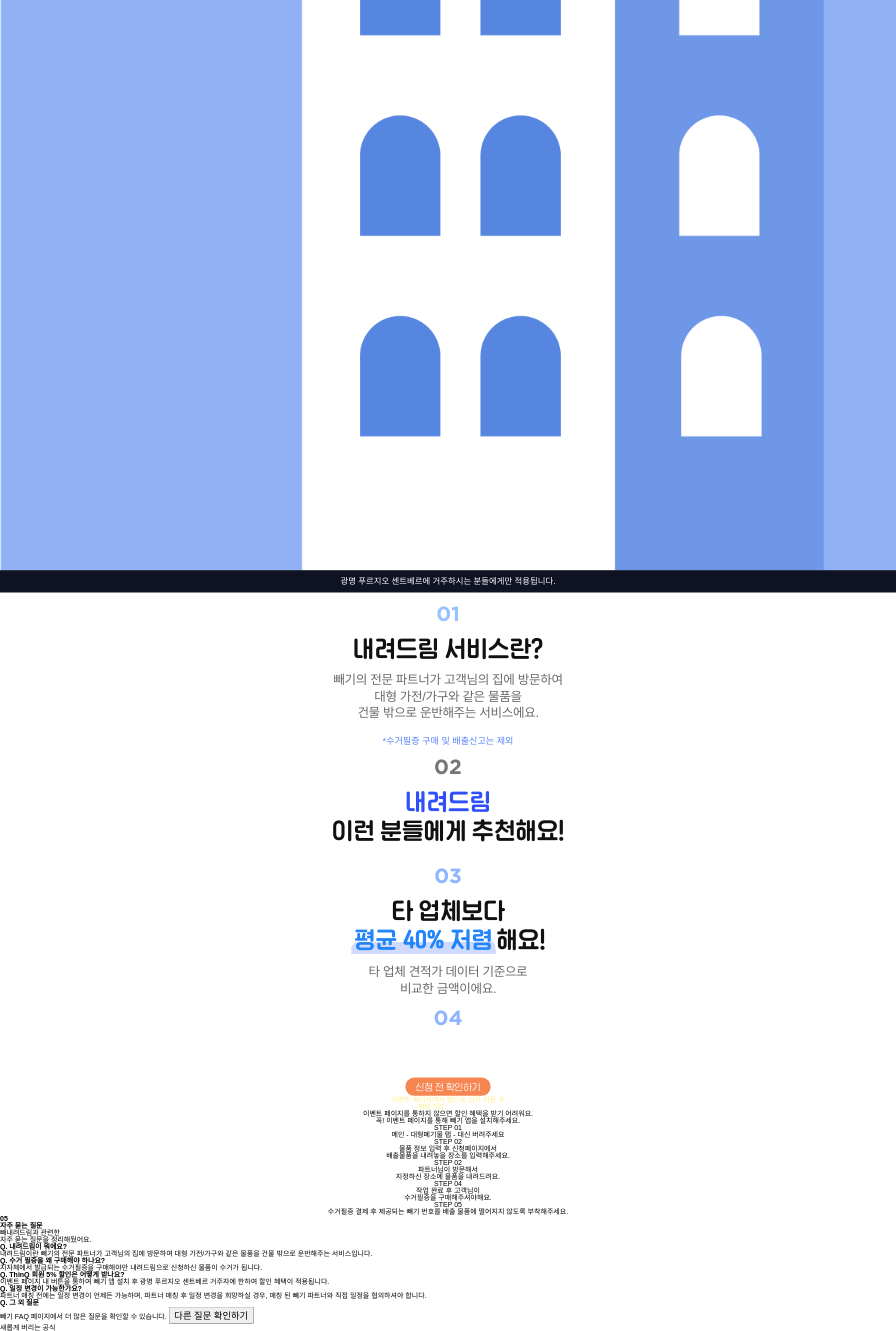
Repository: seraLeeDev/lgthinq-test
Page: index2.html
These files come from the project's save history. The page is drawn as it stood at one moment and after the next save; the edit follows.
The browser window is 1280 px wide. The pictures show the part of the page from y = 2628 to 4548 px (the page is 4530 px tall before and 4548 px after), at 70% of full size.
Some web fonts or font styles are not loaded; a fallback is used.

Above is the page before, as saved 2023-03-14 15:24:47.
Console error: ReferenceError: AOS is not defined

### index2.html
<!DOCTYPE html>
<html lang="ko">
  <head>
    <meta charset="UTF-8" />
    <meta http-equiv="X-UA-Compatible" content="IE=edge" />
    <meta name="viewport" content="width=device-width, initial-scale=1.0" />
    <title>빼기 | 새롭게 버리는 공식</title>
    <link as="style" rel="stylesheet" href="/css/reset.css" />
    <link as="style" rel="stylesheet" href="/css/font.css" />
    <link as="style" rel="stylesheet" href="/css/style.css" />
    <link href="https://unpkg.com/aos@2.3.1/dist/aos.css" rel="stylesheet" />
    <link
      rel="stylesheet"
      href="https://cdn.jsdelivr.net/gh/orioncactus/pretendard@v1.3.5/dist/web/static/pretendard-dynamic-subset.css"
    />
    <link
      rel="apple-touch-icon"
      sizes="57x57"
      href="/icons/apple-icon-57x57.png"
    />
    <link
      rel="apple-touch-icon"
      sizes="60x60"
      href="/icons/apple-icon-60x60.png"
    />
    <link
      rel="apple-touch-icon"
      sizes="72x72"
      href="/icons/apple-icon-72x72.png"
    />
    <link
      rel="apple-touch-icon"
      sizes="76x76"
      href="/icons/apple-icon-76x76.png"
    />
    <link
      rel="apple-touch-icon"
      sizes="114x114"
      href="/icons/apple-icon-114x114.png"
    />
    <link
      rel="apple-touch-icon"
      sizes="120x120"
      href="/icons/apple-icon-120x120.png"
    />
    <link
      rel="apple-touch-icon"
      sizes="144x144"
      href="/icons/apple-icon-144x144.png"
    />
    <link
      rel="apple-touch-icon"
      sizes="152x152"
      href="/icons/apple-icon-152x152.png"
    />
    <link
      rel="apple-touch-icon"
      sizes="180x180"
      href="/icons/apple-icon-180x180.png"
    />
    <link
      rel="icon"
      type="image/png"
      sizes="192x192"
      href="/icons/android-icon-192x192.png"
    />
    <link
      rel="icon"
      type="image/png"
      sizes="32x32"
      href="/icons/favicon-32x32.png"
    />
    <link
      rel="icon"
      type="image/png"
      sizes="96x96"
      href="/icons/favicon-96x96.png"
    />
    <link
      rel="icon"
      type="image/png"
      sizes="16x16"
      href="/icons/favicon-16x16.png"
    />
    <script type="text/javascript" src="/js/index.js"></script>
    <script src="https://unpkg.com/aos@2.3.1/dist/aos.js"></script>
  </head>
  <body>
    <div class="wrapper">
      <!-- 메인 -->
      <article class="article-box">
        <div class="full-img-box">
          <img src="./img/[LG ThinQ] main img.gif" alt="내려드림,할인드림" />
        </div>
        <div class="main-notice">
          <p>광명 푸르지오 센트베르에 거주하시는 분들에게만 적용됩니다.</p>
        </div>
      </article>
      <!-- ThinQ & 빼기 설명 -->
      <article></article>
      <!-- 내려드림 소개 -->
      <article>
        <!-- 01. 내려드림 서비스란? -->
        <section>
          <div class="box-content sec1">
            <b class="index text-blue-04-variation">01</b>
            <h2 class="GGothic h2">내려드림 서비스란?</h2>
            <p class="section-desc">
              빼기의 전문 파트너가 고객님의 집에 방문하여<br />
              대형 가전/가구와 같은 물품을<br />
              건물 밖으로 운반해주는 서비스에요.
            </p>
            <small class="section-caption text-blue-03"
              >*수거필증 구매 및 배출신고는 제외</small
            >
          </div>
          <div></div>
        </section>
        <!-- 02. 내려드림 추천 -->
        <section>
          <div class="box-content">
            <b class="index text-gray76">02</b>
            <h2 class="GGothic h2">
              <span class="text-blue-02">내려드림</span><br />
              이런 분들에게 추천해요!
            </h2>
          </div>

          <div></div>
          <div></div>
          <div></div>
        </section>
        <!-- 03. 가격 설명 -->
        <section>
          <div class="box-content">
            <b class="index text-blue-04">03</b>
            <h2 class="GGothic h2">
              타 업체보다 <br /><span class="text-blue-etc text-highlight"
                >평균 40% 저렴</span
              >해요!
            </h2>
            <p class="section-desc">
              타 업체 견적가 데이터 기준으로<br />
              비교한 금액이에요.
            </p>
          </div>
          <div></div>
          <div></div>
        </section>
        <!-- 04. 내려드림 신청 방법 -->
        <section>
          <div class="box-content">
            <b class="index text-blue-04">04</b>
            <h2 class="GGothic h2 text-white">내려드림 신청 방법</h2>

            <div>
              <span class="box-chip GGothic text-white bg-orange02"
                >신청 전 확인하기</span
              >
              <p class="text-white">
                <span class="text-yellow"
                  >이벤트 페이지에서 앱으로 설치·이동 후 <br />회원가입</span
                >을 해주세요
              </p>
            </div>
            <div>
              <small
                >이벤트 페이지를 통하지 않으면 할인 혜택을 받기 어려워요.<br />
                꼭! 이벤트 페이지를 통해 빼기 앱을 설치해주세요.</small
              >
            </div>
            <div>
              <span>STEP 01</span>
              <p>메인 - 대형폐기물 탭 - 대신 버려주세요</p>
            </div>

            <div>
              <span>STEP 02</span>
              <p>
                물품 정보 입력 후 신청페이지에서<br />
                배출물품을 내려놓을 장소를 입력해주세요.
              </p>
            </div>
            <div>
              <span>STEP 02</span>
              <p>
                파트너님이 방문해서<br />
                지정하신 장소에 물품을 내려드려요.
              </p>
            </div>
            <div>
              <span>STEP 04</span>
              <p>
                작업 완료 후 고객님이<br />
                수거필증을 구매해주셔야해요.
              </p>
            </div>
            <div>
              <span>STEP 05</span>
              <p>
                수거필증 결제 후 제공되는 빼기 번호를 배출 물품에 떨어지지
                않도록 부착해주세요.
              </p>
            </div>
          </div>
        </section>
      </article>
      <!-- 05 : 자주묻는 질문-->
      <article>
        <section>
          <b>05</b>
          <h2>자주 묻는 질문</h2>
          <p>
            빼내려드림과 관련한<br />
            자주 묻는 질문을 정리해뒀어요.
          </p>

          <ul>
            <li>
              <div>
                <h5>Q. 내려드림이 뭐에요?</h5>
                <i></i>
                <div>
                  내려드림이란 빼기의 전문 파트너가 고객님의 집에 방문하여 대형
                  가전/가구와 같은 물품을 건물 밖으로 운반해주는 서비스입니다.
                </div>
              </div>
            </li>
            <li>
              <div>
                <h5>Q. 수거 필증을 왜 구매해야 하나요?</h5>
                <i></i>
                <div>
                  지자체에서 발급되는 수거필증을 구매해야만 내려드림으로
                  신청하신 물품이 수거가 됩니다.
                </div>
              </div>
            </li>
            <li>
              <div>
                <h5>Q. ThinQ 회원 5% 할인은 어떻게 받나요?</h5>
                <i></i>
                <div>
                  이벤트 페이지 내 버튼을 통하여 빼기 앱 설치 후 광명 푸르지오
                  센트베르 거주자에 한하여 할인 혜택이 적용됩니다.
                </div>
              </div>
            </li>
            <li>
              <div>
                <h5>Q. 일정 변경이 가능한가요?</h5>
                <i></i>
                <div>
                  파트너 매칭 전에는 일정 변경이 언제든 가능하며, 파트너 매칭 후
                  일정 변경을 희망하실 경우, 매칭 된 빼기 파트너와 직접 일정을
                  협의하셔야 합니다.
                </div>
              </div>
            </li>
            <li>
              <div>
                <h5>Q. 그 외 질문</h5>
                <i></i>
                <div>
                  빼기 FAQ 페이지에서 더 많은 질문을 확인할 수 있습니다.
                  <button>다른 질문 확인하기</button>
                </div>
              </div>
            </li>
          </ul>
        </section>
        <footer>
          <p>새롭게 버리는 공식</p>
        </footer>
      </article>
      <!-- 플로팅 버튼 -->
      <div class="btn-float"></div>
    </div>
  </body>
</html>

### css/font.css
@charset "UTF-8";

@font-face {
  font-family: "Pretendard";
  src: url("https://cdn.jsdelivr.net/gh/orioncactus/pretendard@v1.3.5/dist/web/static/pretendard-dynamic-subset.css");
}

@font-face {
  font-family: "HGSoftGGothicssi";
  font-style: normal;
  font-weight: 100;
  src: url(/font/HGSoftGGothicssi-00g.woff2) format("woff2"),
    url(/font/HGSoftGGothicssi-00g.woff) format("woff"),
    url(/font/HGSoftGGothicssi-00g.otf) format("opentype");
}

@font-face {
  font-family: "HGSoftGGothicssi";
  font-style: normal;
  font-weight: 200;
  src: url(/font/HGSoftGGothicssi-20g.woff2) format("woff2"),
    url(/font/HGSoftGGothicssi-20g.woff) format("woff"),
    url(/font/HGSoftGGothicssi-20g.otf) format("opentype");
}

@font-face {
  font-family: "HGSoftGGothicssi";
  font-style: normal;
  font-weight: 400;
  src: url(/font/HGSoftGGothicssi-40g.woff2) format("woff2"),
    url(/font/HGSoftGGothicssi-40g.woff) format("woff"),
    url(/font/HGSoftGGothicssi-40g.otf) format("opentype");
}

@font-face {
  font-family: "HGSoftGGothicssi";
  font-style: normal;
  font-weight: 600;
  src: url(/font/HGSoftGGothicssi-60g.woff2) format("woff2"),
    url(/font/HGSoftGGothicssi-60g.woff) format("woff"),
    url(/font/HGSoftGGothicssi-60g.otf) format("opentype");
}

@font-face {
  font-family: "HGSoftGGothicssi";
  font-style: normal;
  font-weight: 800;
  src: url(/font/HGSoftGGothicssi-80g.woff2) format("woff2"),
    url(/font/HGSoftGGothicssi-80g.woff) format("woff"),
    url(/font/HGSoftGGothicssi-80g.otf) format("opentype");
}

@font-face {
  font-family: "HGSoftGGothicssi";
  font-style: normal;
  font-weight: 900;
  src: url(/font/HGSoftGGothicssi-90g.woff2) format("woff2"),
    url(/font/HGSoftGGothicssi-90g.woff) format("woff"),
    url(/font/HGSoftGGothicssi-90g.otf) format("opentype");
}

@font-face {
  font-family: "Gotham";
  font-style: normal;
  font-weight: 700;
  src: url(/font/Gotham-Bold.woff2) format("woff2"),
    url(/font/Gotham-Bold.woff) format("woff"),
    url(/font/Gotham-Bold.otf) format("opentype");
}

### css/style.css
@charset "UTF-8";
/*
*
* TYPOGRAPHY
*
*/
html,
body,
.wrapper {
  font-family: "Pretendard", sans-serif !important;
  font-size: 10px; /*1rem: 10px*/
}
.wrapper .GGothic {
  font-family: "HGSoftGGothicssi", sans-serif !important;
}
.font-semiBold {
  font-weight: 600 !important;
}
.font-bold {
  font-weight: 800 !important;
}
.font-extraBold {
  font-weight: 900 !important;
}
.index {
  font-family: "Gotham", sans-serif !important;
  font-size: 6rem;
}
.h2 {
  margin-bottom: 12px;
  text-align: center;
  font-size: 7rem !important;
  line-height: 0.6;
  color: #111;
}
.section-desc {
  font-size: 1.8rem;
  line-height: 1.3;
  color: #6a6a6a;
  letter-spacing: -0.5px;
}
.section-caption {
  display: inline-block;
  margin-top: 22px;
  font-size: 13px;
}
.text-gray-01 {
  color: #111111 !important;
}
.text-blue-02 {
  color: #304ffb !important;
}
.text-blue-03 {
  color: #5980f9 !important;
}
.text-blue-04 {
  color: #8fb5ff !important;
}
.text-blue-04-variation {
  color: #98c1ff !important;
}
.text-blue-etc {
  color: #2285fa !important;
}
.text-indigo {
  color: #9aa9ff !important;
}
.text-white {
  color: #fff;
}
.text-grayb9 {
  color: #b9b9b9 !important;
}
.text-gray76 {
  color: #767676 !important;
}
.text-yellow {
  color: #ffed8f !important;
}
.index {
  margin-bottom: 15px;
}

/*
*
* COMMON
*
*/

.full-img-box {
  width: 100%;
}
.full-img-box img {
  width: 100%;
  vertical-align: bottom;
}
.box-content {
  width: 100%;
  text-align: center;
}
.box-content .sec1 {
  padding: 90px 54px 0;
}
/* article 1 style */
.main-notice {
  width: 100%;
  padding: 10px 0;
  background: #0e1222;
}
.main-notice p {
  width: 100%;
  text-align: center;
  font-size: 1.2rem;
  color: #fff;
}
.box-chip {
  font-family: "Gotham", sans-serif !important;
  padding: 0.5rem 1.5rem;
  font-size: 2.8rem;
  border-radius: 50px;
  color: white;
  text-align: center;
}
.bg-orange02 {
  background-color: #f78752 !important;
}
.bg-lightblue {
  background-color: #7d9aff !important;
}
/* article 2 style */
/* article 3 style */
.text-highlight {
  padding: 0 5px;
  background: url(/img/marker_line.svg) no-repeat 50% 120%;
  background-size: 100%;
}
/* article 4 style */
.section-desc .sec4 {
  letter-spacing: -0.3px;
  font-weight: 400;
}
/* article 5 style */

Loaded but not shown: css/reset.css (common file); js/index.js (common file)

After the next save:
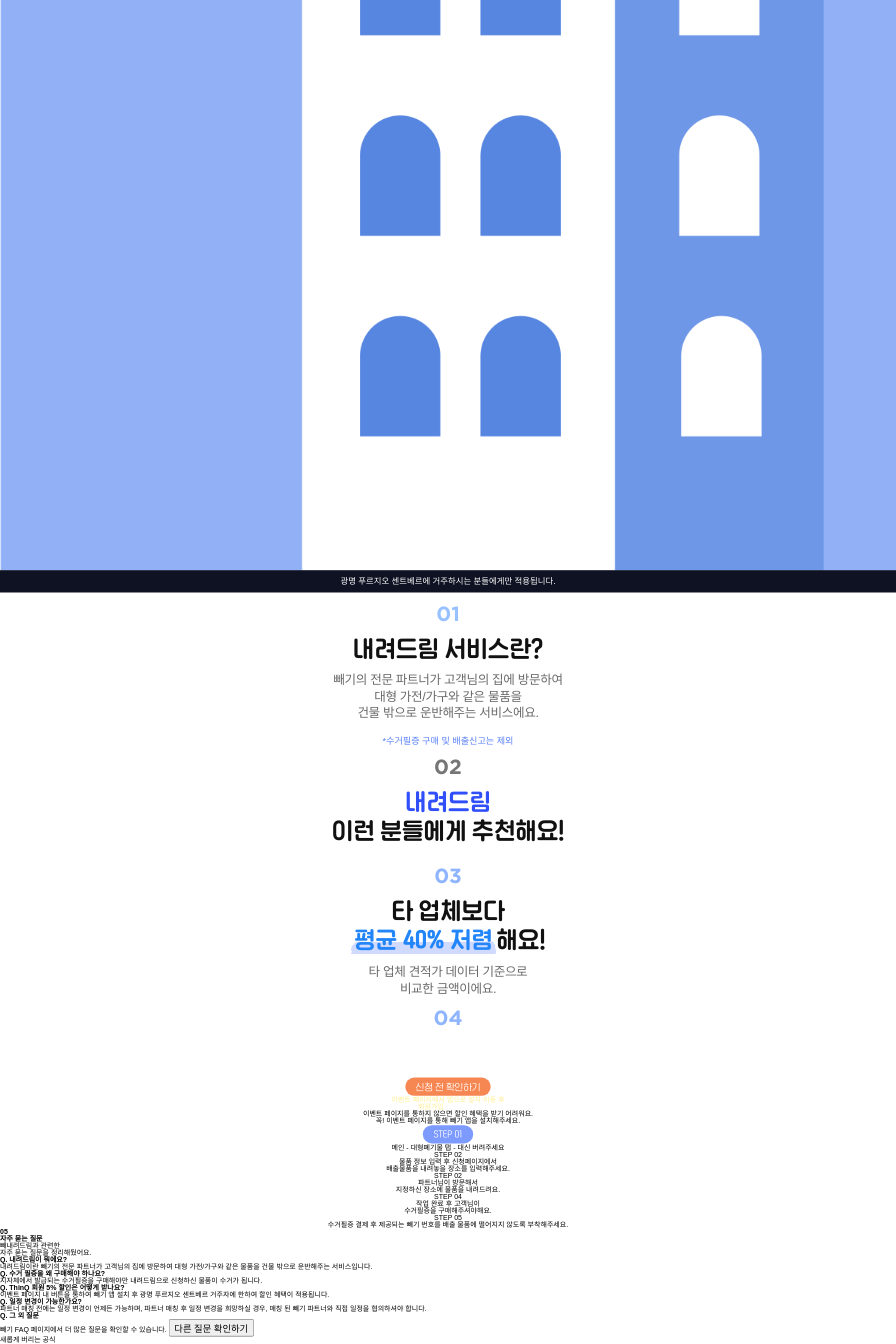
Saved 35 s later.
--- a/index2.html
+++ b/index2.html
@@ -170,7 +170,9 @@
               >
             </div>
             <div>
-              <span>STEP 01</span>
+              <span class="box-chip GGothic text-white bg-lightblue"
+                >STEP 01</span
+              >
               <p>메인 - 대형폐기물 탭 - 대신 버려주세요</p>
             </div>
 
